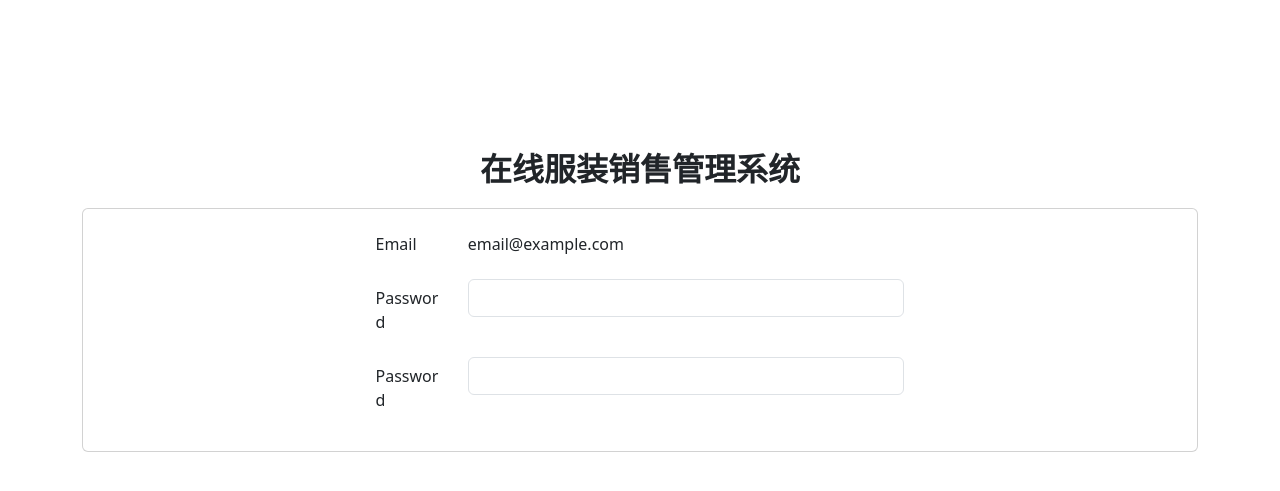
Repository: squawktop/CFS
Page: /user/register (app in web/)
An editor plug-in stored every save of this project. The page is shown before and after a run of saves, followed by the edit.
The browser window is 1280 px wide. The pictures show the whole page.
The project was rebuilt for these pictures with package versions that can differ from the ones it lists, and the page was loaded fresh each time. Also part of the build but not shown: web/vue.config.js, web/src/views/LoginView.vue, web/src/components/NavBar.vue, web/src/views/HomeView.vue, web/src/views/UsersManageView.vue, web/src/views/PersonalCenterView.vue, web/src/views/GoodsManageView.vue, web/src/views/OrdersManageView.vue and 1 more.

Above is the page before, as saved 2024-03-23 18:45:37.

### web/src/App.vue
<template>
  <RouterView></RouterView>
</template>

<script>


// 导入bootstrap
import "bootstrap/dist/css/bootstrap.min.css"
import "bootstrap/dist/js/bootstrap"
// import { ref } from "vue";

// import $ from 'jquery';
export default {
  components: {

  }
  ,
  setup() {
    // const user_id = ref("");
    // const username = ref("");
    // const password = ref("");

    // $.ajax({
    //   type: "get",
    //   url: "http://127.0.0.1:3000/user/getlist",
    //   success(resp) {
    //     user_id.value = resp[0].id;
    //     username.value = resp[0].username;
    //     password.value = resp[0].password;

    //   },
    //   error() {
    //     this.user_id = "error"
    //   }
    // })




    return {

    }
  }

}

</script>

<style></style>

### web/src/router/index.js
import { createRouter, createWebHistory } from 'vue-router'
// import HomeView from '../views/HomeView.vue'
import LoginView from '../views/LoginView.vue'
import RegisterView from '../views/RegisterView.vue'
import HomeView from '../views/HomeView.vue'
import UsersManageView from '../views/UsersManageView.vue'
import PersonalCenterView from '../views/PersonalCenterView.vue'
import GoodsManageView from '../views/GoodsManageView.vue'
import OrdersManageView from '../views/OrdersManageView.vue'
import NotFound from '../views/NotFoundView.vue'
import store from '@/store/index'

const routes = [
  {
    path: '/',
    name: 'home',
    component: HomeView,
    // redirect: "/user/register",
    meta: { //该页面是否需要授权      //随便写， 也可以设置为   flag : true;
      requestAuth: true,
    }
  },

  {
    path: '/user/login',
    name: 'user_login',
    component: LoginView,
    meta: {
      requestAuth: false,
    }
  },

  {
    path: '/user/register',
    name: 'user_register',
    component: RegisterView,
    meta: { //该页面是否需要授权
      requestAuth: false,
    }
  },
  {
    path: '/user/personalcenter',
    name: 'personal_center',
    component: PersonalCenterView,
    meta: { //该页面是否需要授权
      requestAuth: true,
    }
  },

  {
    path: '/user/usermanage',
    name: 'user_manage',
    component: UsersManageView,
    meta: { //该页面是否需要授权
      requestAuth: true,
    }
  }
  ,
  {
    path: '/goods/manage',
    name: 'goods_manage',
    component: GoodsManageView,
    meta: { //该页面是否需要授权
      requestAuth: true,
    }
  }, {
    path: '/orders/manage',
    name: 'orders_manage',
    component: OrdersManageView,
    meta: { //该页面是否需要授权
      requestAuth: true,
    }
  },


  {
    path: "/404/",
    name: "404",
    component: NotFound
  },
  {
    path: "/:catchAll(.*)",
    redirect: "/404/",  //页面重定向到404
  }
]

const router = createRouter({
  history: createWebHistory(),
  routes
})

router.beforeEach((to, from, next) => {
  if (to.meta.requestAuth && !store.state.user.is_login) {
    next({ name: "user_login" });
  } else {
    next();
  }
})

export default router

### web/src/store/index.js
import { createStore } from 'vuex'
import ModuleUser from '@/store/user'

export default createStore({
  state: {
  },
  getters: {
  },
  mutations: {
  },
  actions: {
  },
  modules: {
    user: ModuleUser,
  }
})

### web/src/views/RegisterView.vue
<template>
    <div class="background">
        <h2>在线服装销售管理系统</h2>
        <ContentField>
            <div class="row justify-content-md-center">
                <div class="col-6">
                    <form @submit.prevent="register">
                        <!-- <div class="mb-3">
                            <label for="username" class="form-label">用户名</label>
                            <input v-model="username" type="text" class="form-control" id="username"
                                placeholder="请输入用户名" />
                        </div>
                        <div class="mb-3">
                            <label for="password" class="form-label">密码</label>
                            <input v-model="password" type="password" class="form-control" id="password"
                                placeholder="请输入密码" />
                        </div>
                        <div class="mb-3">
                            <label for="confirmedPassword" class="form-label">确认密码</label>
                            <input v-model="confirmedPassword" type="password" class="form-control"
                                id="confirmedPassword" placeholder="请再次输入密码" />
                        </div>
                        <div class="error-message">{{ error_message }} </div>
                        <button type="submit" class="btn btn-primary">注册</button>
                        <div class="tip" @click="loginview">已有账号，返回登录</div> -->

                        <div class="mb-3 row">
                            <label for="staticEmail" class="col-sm-2 col-form-label">Email</label>
                            <div class="col-sm-10">
                                <input type="text" readonly class="form-control-plaintext" id="staticEmail"
                                    value="email@example.com">
                            </div>
                        </div>
                        <div class="mb-3 row">
                            <label for="inputPassword" class="col-sm-2 col-form-label">Password</label>
                            <div class="col-sm-10">
                                <input type="password" class="form-control" id="inputPassword">
                            </div>
                        </div>
                        <div class="mb-3 row">
                            <label for="inputPassword" class="col-sm-2 col-form-label">Password</label>
                            <div class="col-sm-10">
                                <input type="password" class="form-control" id="inputPassword">
                            </div>
                        </div>



                    </form>
                </div>
            </div>
        </ContentField>
    </div>

</template>

<script>
import ContentField from "@/components/ContentField.vue";
import { ElMessage } from 'element-plus'
import { ref } from 'vue'
import router from "@/router/index";
import $ from 'jquery'

export default {
    components: {
        ContentField,
    },
    setup() {
        let username = ref('');
        let password = ref('');
        let confirmedPassword = ref('');
        let error_message = ref('');

        const register = () => {
            $.ajax({
                url: "http://127.0.0.1:3000/api/user/account/register/",
                type: "post",
                data: {
                    username: username.value,
                    password: password.value,
                    confirmedPassword: confirmedPassword.value,
                },
                success(resp) {
                    if (resp.error_message === 'success') {
                        ElMessage.success("注册成功，请登录");
                        router.push({ name: "user_login" });
                    } else {
                        error_message.value = resp.error_message;
                    }
                }
            })
        }

        const loginview = () => {
            router.push({ name: "user_login" });
        }

        return {
            username,
            password,
            confirmedPassword,
            error_message,
            register,
            loginview,
        }
    }
};
</script>

<style scoped>
h2 {

    text-align: center;
    margin-top: 150px;
    font-weight: bold;
}

button {
    width: 100%;
}

div.error-message {
    color: red;
}

.tip {
    cursor: pointer;
    text-align: center;
    margin-top: 10px;

}

.tip:hover {
    text-decoration: underline;
}
</style>

### web/src/store/user.js
import router from '@/router';
import $ from 'jquery'
export default {
    state: {
        id: "",
        username: "",
        photo: "",
        token: "",
        is_login: false,
        pulling_info: true,
    },
    getters: {
    },
    mutations: {        //一般是用来修改数据的
        updateUser(state, user) {
            state.id = user.id;
            state.username = user.username;
            state.photo = user.photo;
            state.is_login = user.is_login;
        },
        updateToken(state, token) {
            state.token = token;
        },
        logout(state) {
            state.id = "";
            state.username = "";
            state.photo = "";
            state.token = "";
            state.is_login = false;
            router.push({ name: "user_login" });
        },
        updatePullingInfo(state, pulling_info) {
            state.pulling_info = pulling_info;
        },
    },

    actions: {

        login(context, data) {
            $.ajax({
                url: "http://127.0.0.1:3000/api/user/account/token/",
                type: "post",
                data: {
                    username: data.username,
                    password: data.password,
                },
                success(resp) {
                    if (resp.error_message === "success") {
                        localStorage.setItem("jwt_token", resp.token);
                        context.commit("updateToken", resp.token);
                        data.success(resp);
                    } else {
                        data.error(resp);
                    }
                },
                error(resp) {
                    data.error(resp)
                },
            });
        },
        getinfo(context, data) {
            $.ajax({
                url: "http://127.0.0.1:3000/api/user/account/info/",
                type: "get",
                headers: {
                    Authorization:
                        "Bearer " + context.state.token,
                },
                success(resp) {
                    if (resp.error_message === "success") {
                        // console.log(resp);
                        context.commit("updateUser", {
                            ...resp,
                            is_login: true,

                        });
                        data.success(resp);
                    } else {
                        data.success(resp);
                    }

                },
                error(resp) {
                    data.error(resp);
                },
            });

        },
        logout(context) {
            localStorage.removeItem("jwt_token");
            context.commit("logout")
        }
    },
    modules: {
    }
}

### web/src/components/ContentField.vue
<template>
    <div class="container content-field">
        <div class="card">
            <div class="card-body">
                <slot></slot>
            </div>
        </div>
    </div>
</template>

<script>
</script>

<style scoped>
div.content-field {
    margin-top: 20px;
}
</style>

Loaded but not shown: web/public/index.html (common file); web/src/main.js (common file)

After the next 3 saves:
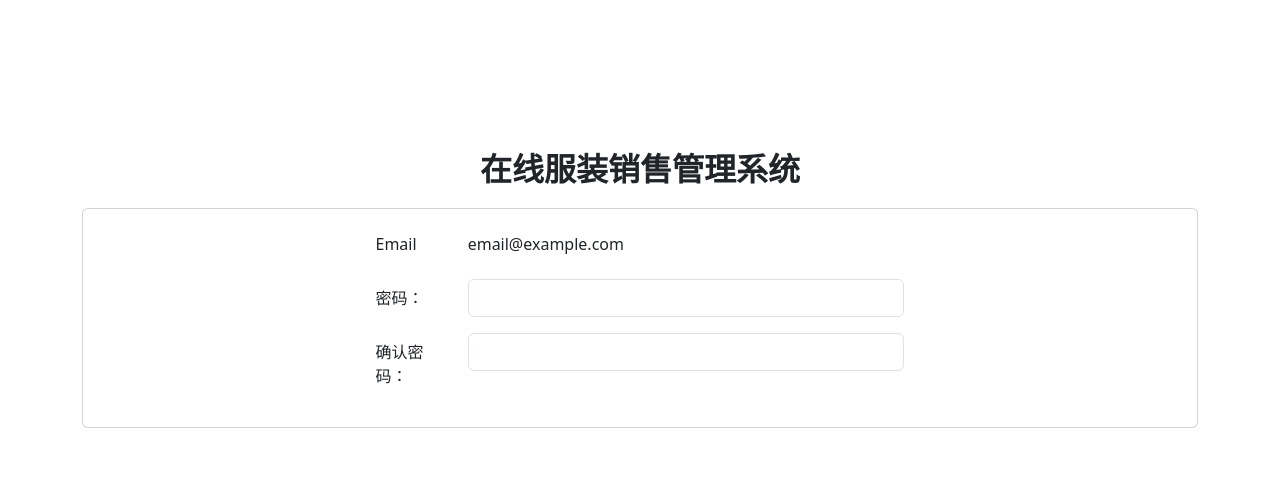
The 3 saves are shown as one change because they came seconds apart.
The last was saved 10 s later.
--- a/web/src/views/RegisterView.vue
+++ b/web/src/views/RegisterView.vue
@@ -32,13 +32,13 @@
                             </div>
                         </div>
                         <div class="mb-3 row">
-                            <label for="inputPassword" class="col-sm-2 col-form-label">Password</label>
+                            <label for="inputPassword" class="col-sm-2 col-form-label">密码：</label>
                             <div class="col-sm-10">
                                 <input type="password" class="form-control" id="inputPassword">
                             </div>
                         </div>
                         <div class="mb-3 row">
-                            <label for="inputPassword" class="col-sm-2 col-form-label">Password</label>
+                            <label for="inputPassword" class="col-sm-2 col-form-label">确认密码：</label>
                             <div class="col-sm-10">
                                 <input type="password" class="form-control" id="inputPassword">
                             </div>
